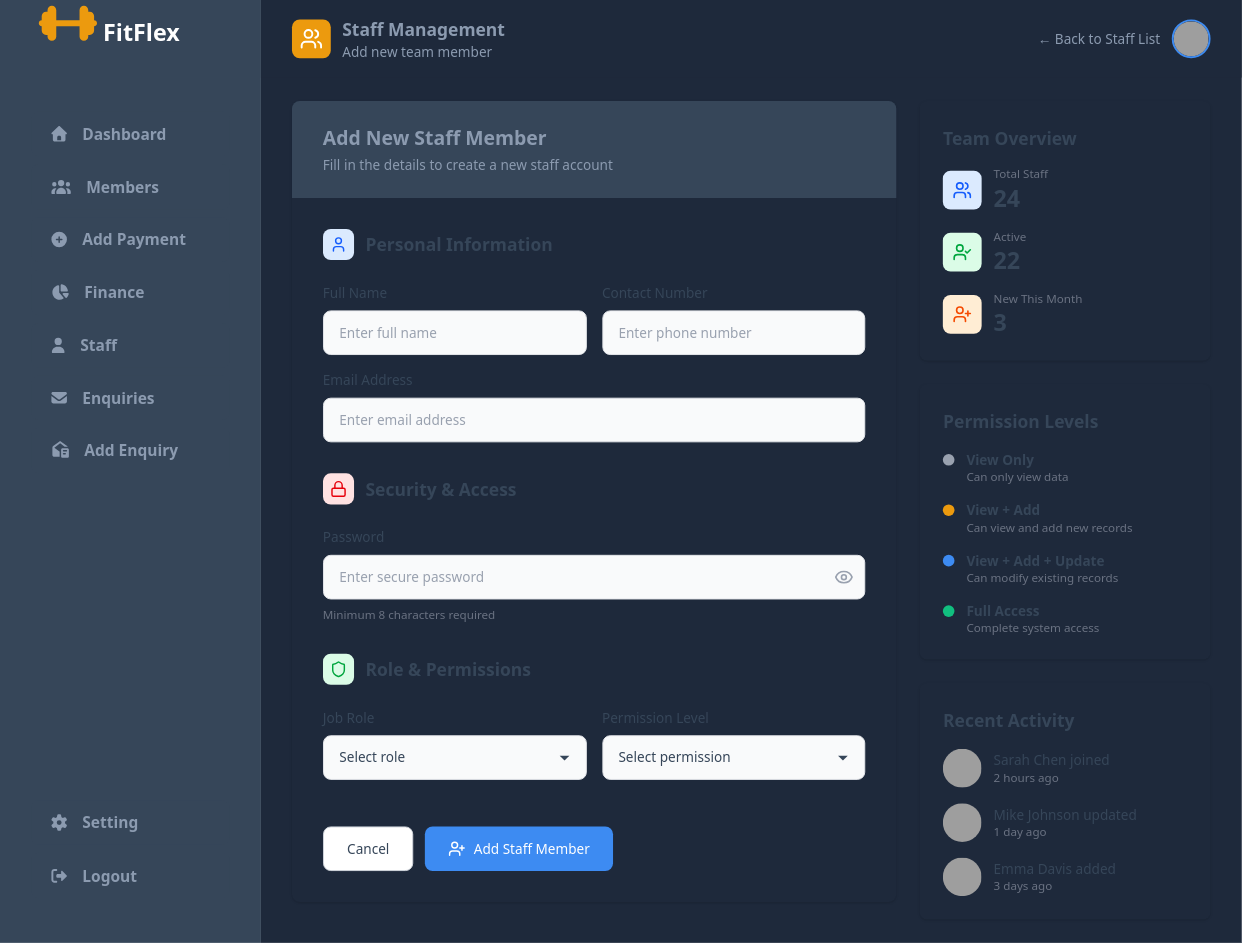
Repository: MuhammadTalhaTaj/gym_management_app_backend
Page: /addstaff (app in frontend/)
These files come from the project's save history. The page is drawn as it stood at one moment and after the next save; the edit follows.
The browser window is 1280 px wide. The pictures show the whole page, at 97% of full size.
Pictures or frames that could not be fetched are drawn as grey boxes. The project was rebuilt for these pictures with package versions that can differ from the ones it lists, and the page was loaded fresh each time. Also part of the build but not shown: frontend/vite.config.ts, frontend/src/assets/styles/AdminHeader.css, frontend/src/Components/AdminHeader.tsx, frontend/src/assets/styles/AdminDashboard.css, frontend/src/hooks/useDashboardData.ts, frontend/src/assets/styles/AdminDashboardStats.css, frontend/src/Components/AdminDashboardStats.tsx, frontend/src/Components/IncomeExpenseChart.tsx and 31 more.

Above is the page before, as saved 2025-11-21 10:41:53.

### frontend/index.html
<!doctype html>
<html lang="en">

<head>
  <meta charset="UTF-8" />
  <link rel="icon" type="image/svg+xml" href="/vite.svg" />
  <meta name="viewport" content="width=device-width, initial-scale=1.0" />
  <title>GymManagement</title>
  <link rel="preconnect" href="https://fonts.googleapis.com" />
  <link rel="preconnect" href="https://fonts.gstatic.com" crossorigin />
  <link rel="stylesheet" href="https://fonts.googleapis.com/css2?family=Roboto:wght@300;400;500;700&display=swap" />

</head>

<body>
  <div id="root"></div>
  <script type="module" src="/src/main.tsx"></script>
</body>

</html>

### frontend/src/index.css
@import "tailwindcss";
:root{
  padding: 0;
  margin: 0;
  box-sizing: border-box;
  --primary-100:#364659;
  --primary-200:#1E293B;
  --primary-300:#8C9BB0;
  --secondary-100: #EC9A0E;
  --secondary-200:#595446;
  --tertiary-100: #F24949;
  --tertiary-100-30: #584252;
  --tertiary-200: #F47117;
  --tertiary-200-30: #5A4B48;
  --tertiary-300: #11BF7F;
  --tertiary-300-30: #2B595E;
  --tertiary-400: #3D8BF2;
  --tertiary-400-30: #344E75;
  --tertiary-500: #94A3B8;
  --tertiary-600: #1E293B;
}
body{
  padding: 0;
  margin: 0;
}
.adminMain{
  display: flex;
  margin: 0;
  justify-content: space-between;
  padding: 0;
  /* border: 2px solid blue; */
}
@media all and (max-width:700px) {
  .adminMain{
    flex-direction: column;
  }
}

### frontend/src/Components/ProtectedRoute.tsx
import React, { useEffect, useState } from "react";
// import { Navigate } from "react-router-dom";
import { apiRequest } from "../config/api";

type Props = {
  children: React.ReactNode;
};

const getStoredToken = (): string | null => {
  return localStorage.getItem("accessToken") || sessionStorage.getItem("accessToken");
};

export default function ProtectedRoute({ children }: Props) {
  const [status, setStatus] = useState<"pending" | "ok" | "unauth">("pending");

  useEffect(() => {
    let mounted = true;

    const token = getStoredToken();
    if (!token) {
      // no token -> immediately unauth
      if (mounted) setStatus("unauth");
      return;
    }

    const validate = async () => {
      try {
        // call backend authenticate endpoint
        const res = await apiRequest<{ success?: boolean; message?: string; userId?: string }>({
          method: "GET",
          endpoint: "/auth/authenticate"
        });

        // backend returns success:true on valid token
        if (mounted && res && (res as any).success === true) {
          setStatus("ok");
        } else {
          // treat missing success flag as unauth
          if (mounted) setStatus("unauth");
        }
      } catch (err) {
        // any error -> unauth
        if (mounted) setStatus("unauth");
      }
    };

    validate();

    return () => { mounted = false; };
  }, []);

  if (status === "pending") {
    // while checking, render nothing (keep UI/layout unchanged)
    return null;
  }

  if (status === "unauth") {
    // clear tokens to ensure clean state, then redirect
    try {
      localStorage.removeItem("accessToken");
      sessionStorage.removeItem("accessToken");
    } catch (e) {
      // ignore
    }
    // return <Navigate to="/login" replace />;
  }

  // auth ok
  return <>{children}</>;
}

### frontend/src/context/AuthContext.tsx
// src/context/AuthContext.tsx (example)
import React, { createContext, useEffect } from "react";
import { onAuthFailure,
  // setAccessToken as storeAccessToken,
   clearTokens } from "../config/auth";
import { useNavigate } from "react-router-dom";

export const AuthContext = createContext<any>(null);

export const AuthProvider: React.FC<{children:any}> = ({ children }) => {
  const navigate = useNavigate();

  useEffect(() => {
    onAuthFailure(() => {
      // clear local tokens and redirect to login
      clearTokens();
      navigate("/login");
    });
  }, [navigate]);

  return <AuthContext.Provider value={{}}>{children}</AuthContext.Provider>;
};

### frontend/src/pages/Admin/AddStaff.tsx
import React, { useState } from 'react';
import { Eye, EyeOff, Users, UserCheck, UserPlus, Shield, User, Lock } from 'lucide-react';

// Data file - export this to a separate file in your project (e.g., staffData.js)
export const staffData = {
  teamOverview: {
    totalStaff: 24,
    activeStaff: 22,
    newThisMonth: 3
  },
  permissionLevels: [
    {
      id: 'view-only',
      name: 'View Only',
      description: 'Can only view data',
      color: 'bg-gray-400'
    },
    {
      id: 'view-add',
      name: 'View + Add',
      description: 'Can view and add new records',
      color: 'bg-[var(--secondary-100)]'
    },
    {
      id: 'view-add-update',
      name: 'View + Add + Update',
      description: 'Can modify existing records',
      color: 'bg-[var(--tertiary-400)]'
    },
    {
      id: 'full-access',
      name: 'Full Access',
      description: 'Complete system access',
      color: 'bg-[var(--tertiary-300)]'
    }
  ],
  recentActivity: [
    {
      id: 1,
      name: 'Sarah Chen',
      action: 'joined',
      time: '2 hours ago',
      avatar: 'https://i.pravatar.cc/150?img=1'
    },
    {
      id: 2,
      name: 'Mike Johnson',
      action: 'updated',
      time: '1 day ago',
      avatar: 'https://i.pravatar.cc/150?img=2'
    },
    {
      id: 3,
      name: 'Emma Davis',
      action: 'added',
      time: '3 days ago',
      avatar: 'https://i.pravatar.cc/150?img=3'
    }
  ],
  jobRoles: [
    'Select role',
    'Administrator',
    'Manager',
    'Developer',
    'Designer',
    'Analyst',
    'Support Staff'
  ],
  permissions: [
    'Select permission',
    'View Only',
    'View + Add',
    'View + Add + Update',
    'Full Access'
  ]
};

// Reusable Components
const Card = ({ children, className = '' }) => (
  <div className={`text-[var(--primary-300)] rounded-lg shadow-sm ${className}`}>
    {children}
  </div>
);

const Input = ({ label, placeholder, type = 'text', value, onChange, showPasswordToggle, onTogglePassword, showPassword, helperText }) => (
  <div className="flex flex-col gap-2">
    {label && (
      <label className="text-sm font-medium text-[var(--primary-100)]">
        {label}
      </label>
    )}
    <div className="relative">
      <input
        type={type}
        placeholder={placeholder}
        value={value}
        onChange={onChange}
        className="w-full px-4 py-3 bg-gray-50 border border-gray-200 rounded-lg text-sm text-[var(--primary-100)] placeholder-gray-400 focus:outline-none focus:ring-2 focus:ring-[var(--tertiary-400)] focus:border-transparent transition-all"
      />
      {showPasswordToggle && (
        <button
          type="button"
          onClick={onTogglePassword}
          className="absolute right-3 top-1/2 -translate-y-1/2 text-gray-400 hover:text-[var(--primary-100)] transition-colors"
        >
          {showPassword ? <EyeOff size={20} /> : <Eye size={20} />}
        </button>
      )}
    </div>
    {helperText && (
      <span className="text-xs text-gray-500">{helperText}</span>
    )}
  </div>
);

const Select = ({ label, options, value, onChange }) => (
  <div className="flex flex-col gap-2">
    {label && (
      <label className="text-sm font-medium text-[var(--primary-100)]">
        {label}
      </label>
    )}
    <select
      value={value}
      onChange={onChange}
      className="w-full px-4 py-3 bg-gray-50 border border-gray-200 rounded-lg text-sm text-[var(--primary-100)] focus:outline-none focus:ring-2 focus:ring-[var(--tertiary-400)] focus:border-transparent transition-all appearance-none cursor-pointer"
      style={{
        backgroundImage: `url("data:[embedded picture, 161 characters]")`,
        backgroundRepeat: 'no-repeat',
        backgroundPosition: 'right 1rem center'
      }}
    >
      {options.map((option, index) => (
        <option key={index} value={option}>
          {option}
        </option>
      ))}
    </select>
  </div>
);

const Button = ({ children, variant = 'primary', onClick, icon: Icon }) => {
  const variants = {
    primary: 'bg-[var(--tertiary-400)] hover:bg-[var(--tertiary-400)]/90 text-white',
    secondary: 'bg-white hover:bg-gray-50 text-[var(--primary-100)] border border-gray-300'
  };

  return (
    <button
      onClick={onClick}
      className={`px-6 py-3 rounded-lg font-medium text-sm transition-all flex items-center justify-center gap-2 ${variants[variant]}`}
    >
      {Icon && <Icon size={18} />}
      {children}
    </button>
  );
};

const StatsCard = ({ icon: Icon, label, value, iconBg, iconColor }) => (
  <div className="flex items-center gap-3">
    <div className={`w-10 h-10 rounded-lg ${iconBg} flex items-center justify-center`}>
      <Icon size={20} className={iconColor} />
    </div>
    <div>
      <p className="text-xs text-gray-500">{label}</p>
      <p className="text-2xl font-bold text-[var(--primary-100)]">{value}</p>
    </div>
  </div>
);

const ActivityItem = ({ activity }) => (
  <div className="flex items-center gap-3">
    <img
      src={activity.avatar}
      alt={activity.name}
      className="w-10 h-10 rounded-full object-cover"
    />
    <div className="flex-1">
      <p className="text-sm font-medium text-[var(--primary-100)]">
        {activity.name} {activity.action}
      </p>
      <p className="text-xs text-gray-500">{activity.time}</p>
    </div>
  </div>
);

const PermissionItem = ({ permission }) => (
  <div className="flex items-start gap-3">
    <div className={`w-3 h-3 rounded-full ${permission.color} mt-1`}></div>
    <div className="flex-1">
      <p className="text-sm font-semibold text-[var(--primary-100)]">{permission.name}</p>
      <p className="text-xs text-gray-500">{permission.description}</p>
    </div>
  </div>
);

const SectionHeader = ({ icon: Icon, title, iconBg, iconColor }) => (
  <div className="flex items-center gap-3 mb-6">
    <div className={`w-8 h-8 rounded-lg ${iconBg} flex items-center justify-center`}>
      <Icon size={18} className={iconColor} />
    </div>
    <h3 className="text-lg font-semibold text-[var(--primary-100)]">{title}</h3>
  </div>
);

// Main Component
const AddStaff = () => {
  const [formData, setFormData] = useState({
    fullName: '',
    contactNumber: '',
    email: '',
    password: '',
    jobRole: staffData.jobRoles[0],
    permission: staffData.permissions[0]
  });

  const [showPassword, setShowPassword] = useState(false);

  const handleInputChange = (field) => (e) => {
    setFormData(prev => ({ ...prev, [field]: e.target.value }));
  };

  const handleSubmit = () => {
    console.log('Form submitted:', formData);
    // Add your form submission logic here
  };

  const handleCancel = () => {
    setFormData({
      fullName: '',
      contactNumber: '',
      email: '',
      password: '',
      jobRole: staffData.jobRoles[0],
      permission: staffData.permissions[0]
    });
  };

  return (
    <div className="min-h-screen w-full bg-[var(--primary-200)]">
      {/* Header */}
      <header className="bg-[var(--primary-200)] text-white px-4 sm:px-6 lg:px-8 py-4">
        <div className="max-w-7xl mx-auto flex items-center justify-between">
          <div className="flex items-center gap-3">
            <div className="w-10 h-10 bg-[var(--secondary-100)] rounded-lg flex items-center justify-center">
              <Users size={24} />
            </div>
            <div>
              <h1 className="text-lg font-semibold text-[var(--primary-300)]">Staff Management</h1>
              <p className="text-sm text-[var(--primary-300)]">Add new team member</p>
            </div>
          </div>
          <div className="flex items-center gap-3">
            <button className="flex items-center text-[var(--primary-300)] gap-2 text-sm hover:text-gray-300 transition-colors">
              <span className="hidden sm:inline">← Back to Staff List</span>
              <span className="sm:hidden">← Back</span>
            </button>
            <img
              src="https://i.pravatar.cc/150?img=5"
              alt="User"
              className="w-10 h-10 rounded-full object-cover border-2 border-[var(--tertiary-400)]"
            />
          </div>
        </div>
      </header>

      {/* Main Content */}
      <main className="max-w-7xl mx-auto px-4 sm:px-6 lg:px-8 py-6">
        <div className="grid grid-cols-1 lg:grid-cols-3 gap-6">
          {/* Left Column - Form */}
          <div className="lg:col-span-2">
            <Card className="p-6 sm:p-8">
              {/* Form Header */}
              <div className="bg-[var(--primary-100)] text-[var(--primary-300)] -mx-6 sm:-mx-8 -mt-6 sm:-mt-8 px-6 sm:px-8 py-6 rounded-t-lg mb-8">
                <h2 className="text-xl font-bold mb-1">Add New Staff Member</h2>
                <p className="text-sm text-[var(--primary-300)]">Fill in the details to create a new staff account</p>
              </div>

              <div className="space-y-8">
                {/* Personal Information */}
                <div>
                  <SectionHeader
                    icon={User}
                    title="Personal Information"
                    iconBg="bg-blue-100"
                    iconColor="text-blue-600"
                  />
                  <div className="grid grid-cols-1 md:grid-cols-2 gap-4">
                    <Input
                      label="Full Name"
                      placeholder="Enter full name"
                      value={formData.fullName}
                      onChange={handleInputChange('fullName')}
                    />
                    <Input
                      label="Contact Number"
                      placeholder="Enter phone number"
                      type="tel"
                      value={formData.contactNumber}
                      onChange={handleInputChange('contactNumber')}
                    />
                  </div>
                  <div className="mt-4">
                    <Input
                      label="Email Address"
                      placeholder="Enter email address"
                      type="email"
                      value={formData.email}
                      onChange={handleInputChange('email')}
                    />
                  </div>
                </div>

                {/* Security & Access */}
                <div>
                  <SectionHeader
                    icon={Lock}
                    title="Security & Access"
                    iconBg="bg-red-100"
                    iconColor="text-red-600"
                  />
                  <Input
                    label="Password"
                    placeholder="Enter secure password"
                    type={showPassword ? 'text' : 'password'}
                    value={formData.password}
                    onChange={handleInputChange('password')}
                    showPasswordToggle
                    onTogglePassword={() => setShowPassword(!showPassword)}
                    showPassword={showPassword}
                    helperText="Minimum 8 characters required"
                  />
                </div>

                {/* Role & Permissions */}
                <div>
                  <SectionHeader
                    icon={Shield}
                    title="Role & Permissions"
                    iconBg="bg-green-100"
                    iconColor="text-green-600"
                  />
                  <div className="grid grid-cols-1 md:grid-cols-2 gap-4">
                    <Select
                      label="Job Role"
                      options={staffData.jobRoles}
                      value={formData.jobRole}
                      onChange={handleInputChange('jobRole')}
                    />
                    <Select
                      label="Permission Level"
                      options={staffData.permissions}
                      value={formData.permission}
                      onChange={handleInputChange('permission')}
                    />
                  </div>
                </div>

                {/* Action Buttons */}
                <div className="flex flex-col sm:flex-row gap-3 pt-4">
                  <Button variant="secondary" onClick={handleCancel}>
                    Cancel
                  </Button>
                  <Button variant="primary" onClick={handleSubmit} icon={UserPlus}>
                    Add Staff Member
                  </Button>
                </div>
              </div>
            </Card>
          </div>

          {/* Right Column - Sidebar */}
          <div className="space-y-6">
            {/* Team Overview */}
            <Card className="p-6">
              <h3 className="text-lg font-semibold text-[var(--primary-100)] mb-4">Team Overview</h3>
              <div className="space-y-4">
                <StatsCard
                  icon={Users}
                  label="Total Staff"
                  value={staffData.teamOverview.totalStaff}
                  iconBg="bg-blue-100"
                  iconColor="text-blue-600"
                />
                <StatsCard
                  icon={UserCheck}
                  label="Active"
                  value={staffData.teamOverview.activeStaff}
                  iconBg="bg-green-100"
                  iconColor="text-green-600"
                />
                <StatsCard
                  icon={UserPlus}
                  label="New This Month"
                  value={staffData.teamOverview.newThisMonth}
                  iconBg="bg-orange-100"
                  iconColor="text-orange-600"
                />
              </div>
            </Card>

            {/* Permission Levels */}
            <Card className="p-6">
              <h3 className="text-lg font-semibold text-[var(--primary-100)] mb-4">Permission Levels</h3>
              <div className="space-y-4">
                {staffData.permissionLevels.map(permission => (
                  <PermissionItem key={permission.id} permission={permission} />
                ))}
              </div>
            </Card>

            {/* Recent Activity */}
            <Card className="p-6">
              <h3 className="text-lg font-semibold text-[var(--primary-100)] mb-4">Recent Activity</h3>
              <div className="space-y-4">
                {staffData.recentActivity.map(activity => (
                  <ActivityItem key={activity.id} activity={activity} />
                ))}
              </div>
            </Card>
          </div>
        </div>
      </main>
    </div>
  );
};

export default AddStaff;

### frontend/src/config/auth.ts
// src/config/auth.ts
const ACCESS_TOKEN_KEY = "accessToken";

/**
 * Read access token (prefers localStorage, fallbacks to sessionStorage)
 */
export function readAccessToken(): string | null {
  return localStorage.getItem(ACCESS_TOKEN_KEY) || sessionStorage.getItem(ACCESS_TOKEN_KEY);
}

/**
 * Store access token.
 * If `persist` true -> save to localStorage, otherwise sessionStorage.
 */
export function setAccessToken(token: string | null, persist = true) {
  if (!token) {
    localStorage.removeItem(ACCESS_TOKEN_KEY);
    sessionStorage.removeItem(ACCESS_TOKEN_KEY);
    return;
  }
  if (persist) {
    localStorage.setItem(ACCESS_TOKEN_KEY, token);
    sessionStorage.removeItem(ACCESS_TOKEN_KEY);
  } else {
    sessionStorage.setItem(ACCESS_TOKEN_KEY, token);
    localStorage.removeItem(ACCESS_TOKEN_KEY);
  }
}

/**
 * Clear tokens
 */
export function clearTokens() {
  localStorage.removeItem(ACCESS_TOKEN_KEY);
  sessionStorage.removeItem(ACCESS_TOKEN_KEY);
}

/**
 * Call refresh endpoint to obtain a fresh access token.
 * Note: This request includes credentials because your backend may store refresh token in an httpOnly cookie.
 */
let AUTH_BASE_URL = (import.meta.env.VITE_API_URL || "http://localhost:4000").replace(/\/$/, "");

export async function refreshAccessToken(): Promise<string> {
  const url = `${AUTH_BASE_URL}/auth/refreshToken`;

  const res = await fetch(url, {
    method: "POST",
    // include cookies to allow the server to find httpOnly refresh cookie
    credentials: "include",
    headers: {
      "Content-Type": "application/json"
    },
    // no body needed because your server reads cookie/header
  });

  // If server returns non-JSON or non-ok, try to parse but handle gracefully
  let data: any = {};
  try {
    data = await res.json();
  } catch (e) {
    // ignore parse error
  }

  if (!res.ok) {
    // throw useful error with body message if present
    const message = data?.message || `Failed to refresh access token (status ${res.status})`;
    throw new Error(message);
  }

  if (!data?.accessToken) {
    throw new Error("Refresh succeeded but no accessToken returned");
  }

  // store returned token (persist behavior up to you; default persist)
  setAccessToken(data.accessToken, true);
  return data.accessToken;
}

/**
 * App-level callback when refresh fails (e.g., redirect to /login)
 */
let authFailureHandler: (() => void) | null = null;
export function onAuthFailure(handler: () => void) {
  authFailureHandler = handler;
}
export function callAuthFailureHandler() {
  if (typeof authFailureHandler === "function") authFailureHandler();
}

Loaded but not shown: frontend/src/main.tsx (common file); frontend/src/Components/AdminSidebar.tsx (181 lines, source omitted); frontend/src/config/api.ts (123 lines, source omitted); frontend/src/App.tsx (71 lines, source omitted); frontend/src/assets/styles/AdminSidebar.css (138 lines, source omitted)

After the next save:
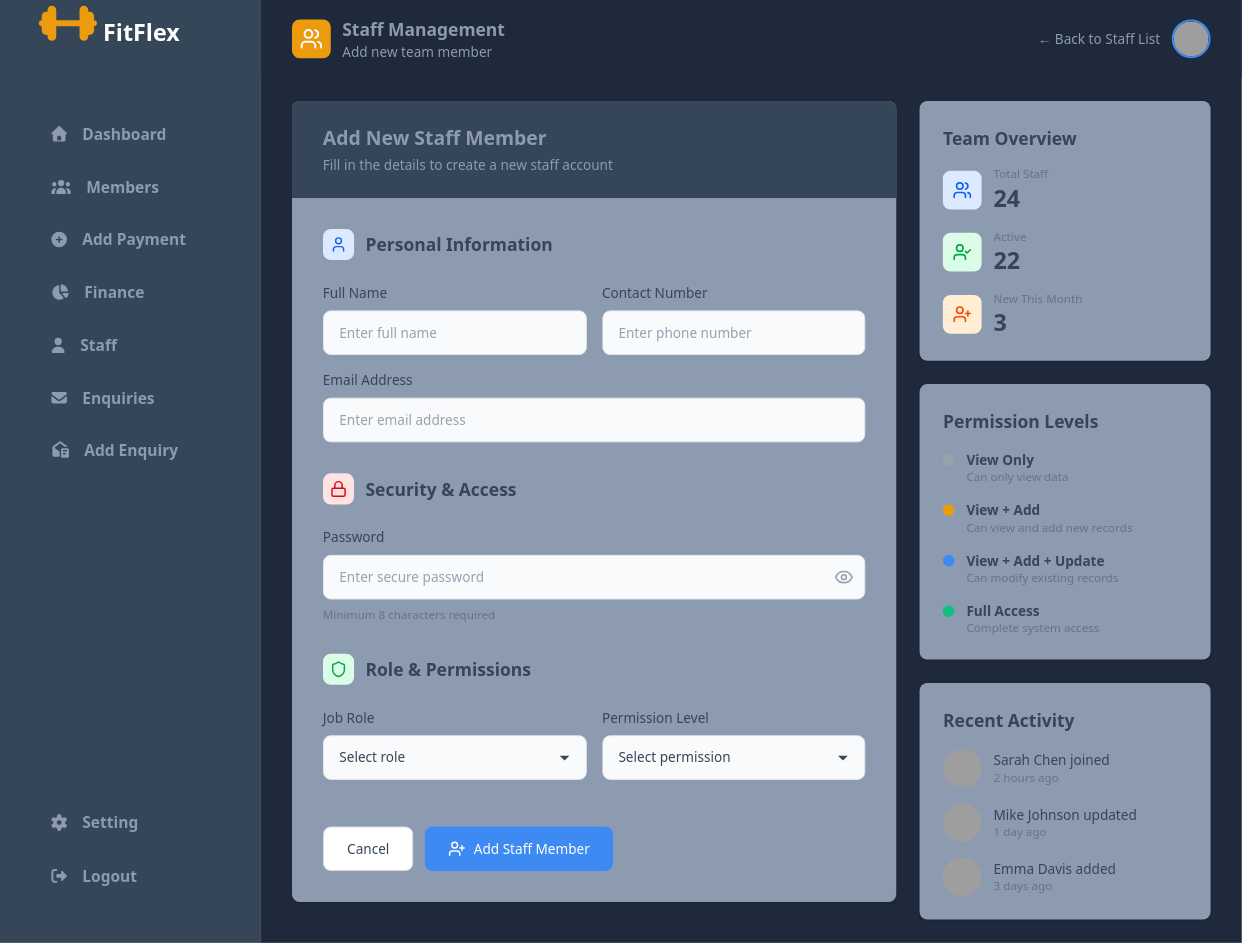
Saved 4 s later.
--- a/frontend/src/pages/Admin/AddStaff.tsx
+++ b/frontend/src/pages/Admin/AddStaff.tsx
@@ -77,7 +77,7 @@ export const staffData = {
 
 // Reusable Components
 const Card = ({ children, className = '' }) => (
-  <div className={`text-[var(--primary-300)] rounded-lg shadow-sm ${className}`}>
+  <div className={`bg-[var(--primary-300)] rounded-lg shadow-sm ${className}`}>
     {children}
   </div>
 );
